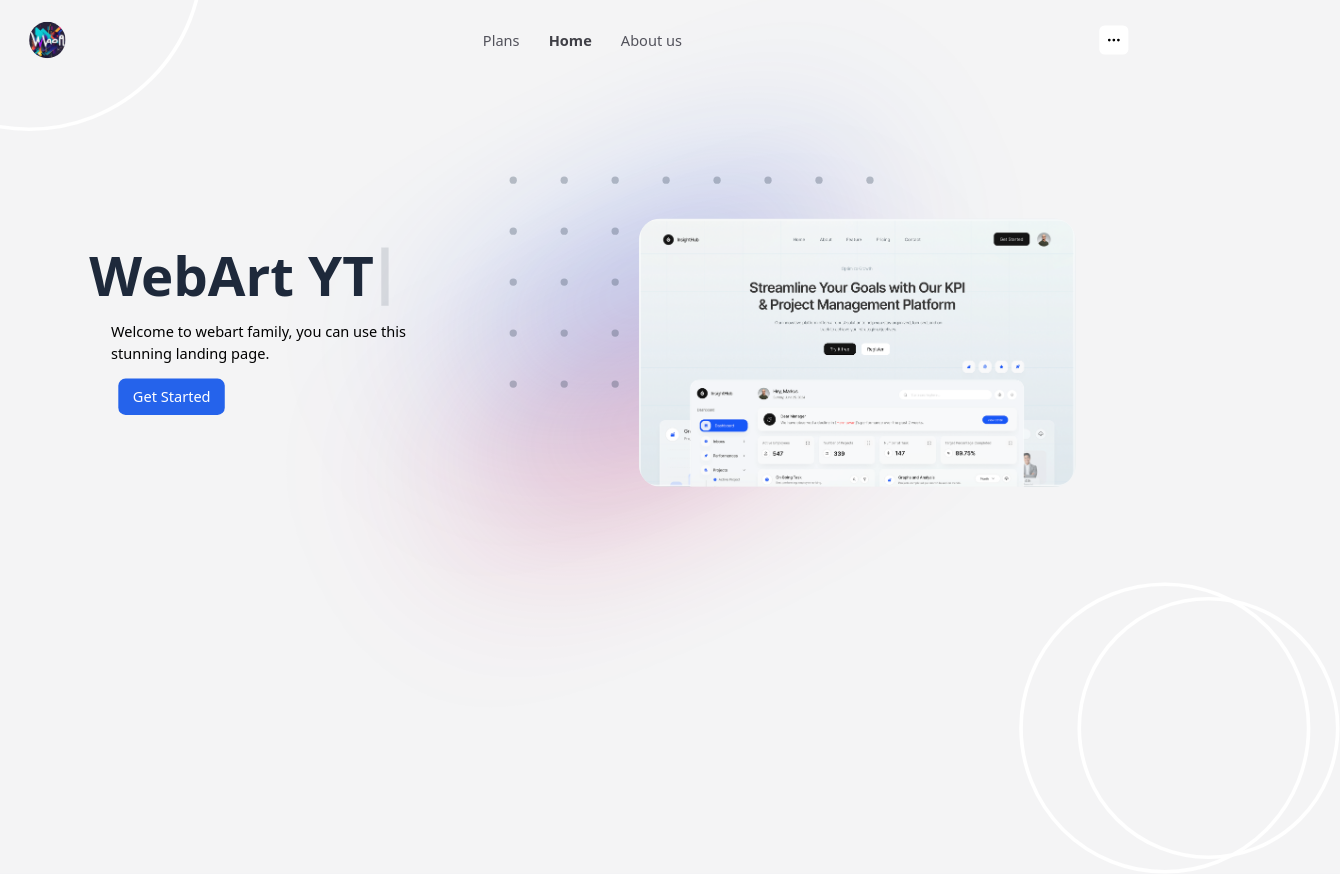
Repository: 30namp/youtube-web-art-code
Page: stunning landing page 1/index.html
An editor plug-in stored every save of this project. The page is shown before and after the next save, followed by the edit.
The browser window is 1280 px wide. The page is 1472 px wide, so the pictures cover 1472 px, including what lies to the right of the window. The pictures show the whole page, at 91% of full size.

Above is the page before, as saved 2024-09-26 21:54:43.

After the next save:
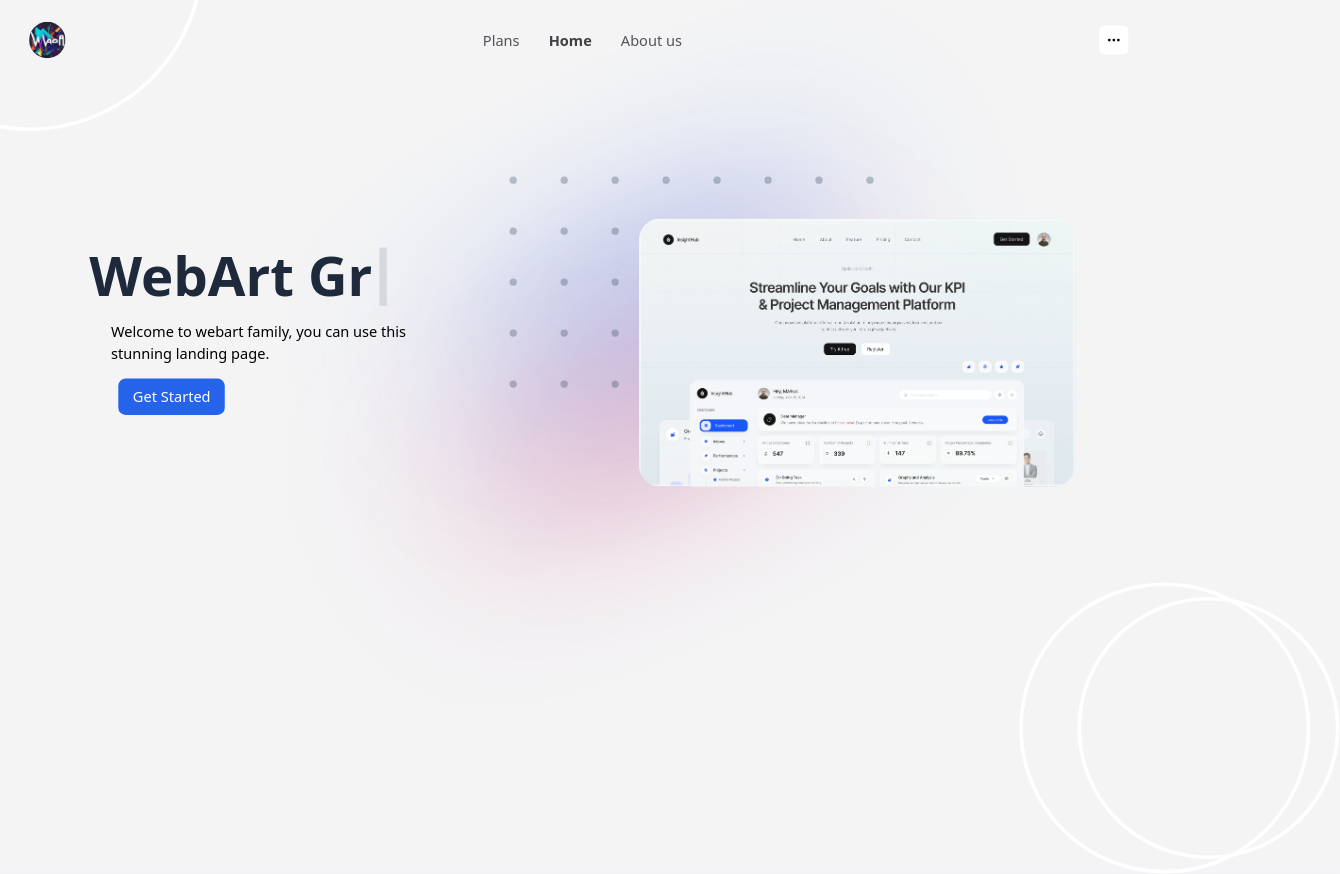
Saved 12 s later.
--- a/stunning landing page 1/index.html
+++ b/stunning landing page 1/index.html
@@ -122,7 +122,7 @@
   let title = document.querySelector(".hero-title");
   let titleCursor = document.querySelector(".hero-title-cursor");
   let defaultText = title.innerHTML;
-  let textComplete = " YT GP";
+  let textComplete = " Group";
   let counter = 0;
   let direction = 1;
   setInterval(() => {
